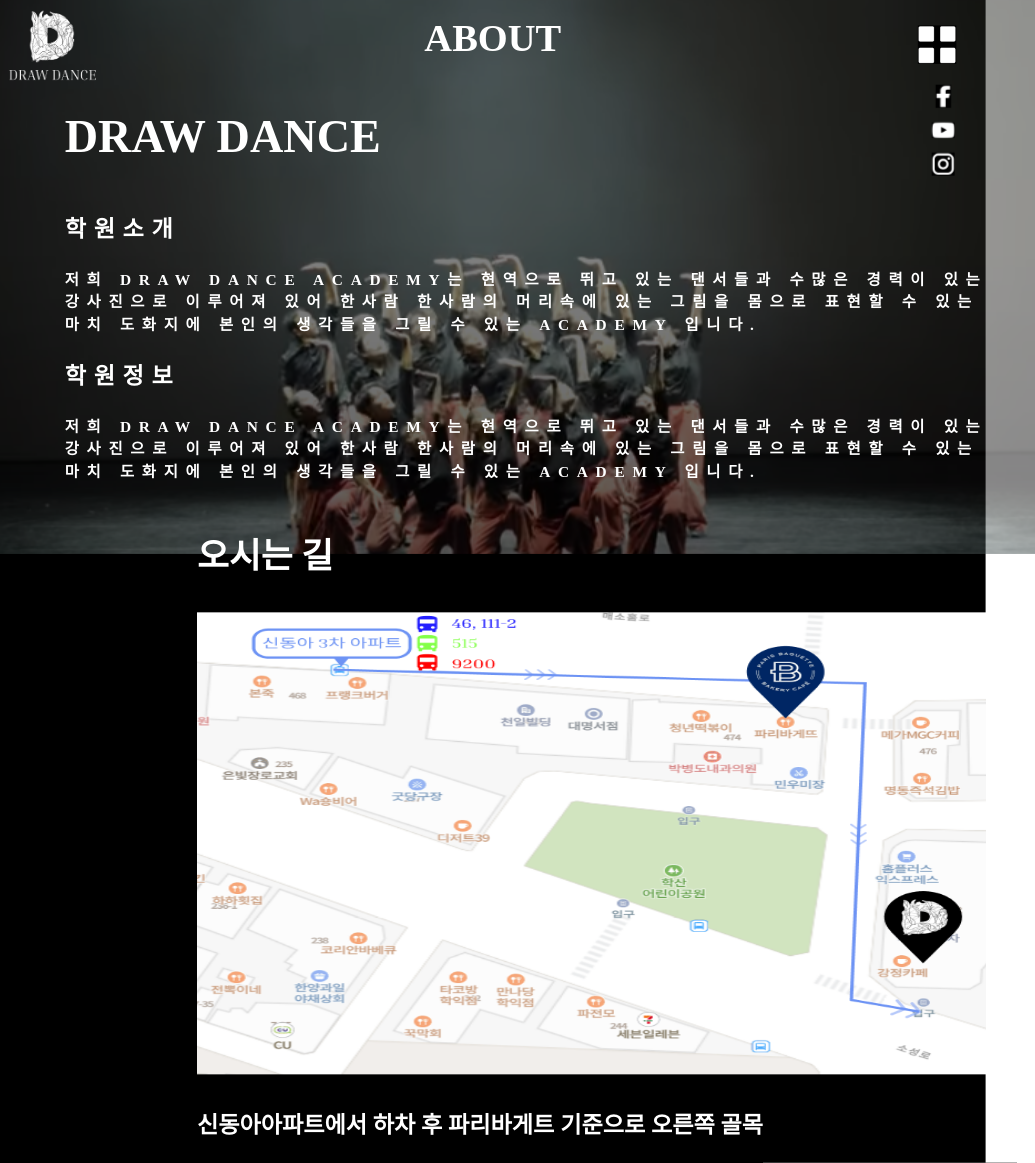
Repository: seonghun9906/semiProject
Page: http://localhost/drawAcademy/WEB-INF/views/headerMenu/about.jsp
The author's editor kept a copy of each file at every save. The page is drawn from the files as they stood at one save, then again after the next save.
The browser window is 1280 px wide. The page is 1344 px wide, so the pictures cover 1344 px, including what lies to the right of the window. The pictures show the whole page, at 77% of full size.
The page is served by Tomcat 9. Nobody is signed in. Other server files are loaded and not shown. The template is opened directly, without the code that normally fills it, so the values that code supplies are empty.

Above is the page before, as saved 2024-02-28 06:51:10.

### drawAcademy/src/main/webapp/WEB-INF/views/headerMenu/about.jsp
<%@ page language="java" contentType="text/html; charset=UTF-8"
   pageEncoding="UTF-8"%>
<%@ taglib uri="http://java.sun.com/jsp/jstl/core" prefix="c"%>
<!DOCTYPE html>
<html>
<head>
<meta charset="UTF-8">
<title>수강신청 사이트</title>
<link rel="stylesheet" href="resources/css/about.css">
<script src="https://code.jquery.com/jquery-3.7.1.min.js"
   integrity="sha256-/JqT3SQfawRcv/BIHPThkBvs0OEvtFFmqPF/lYI/Cxo="
   crossorigin="anonymous"></script>

</head>
<body>
   <div class="bodyMain">
   <img src="resources/images/demitasse project.PNG" class=demitasse>
      <div class="title">
         ABOUT
      </div>
      <div class="middle-part">
         <p>DRAW DANCE</p>
         <div class="low-part">
         <p>학원소개</p>
         </div>
         <div class="lowLow-part">
         <p>저희 DRAW DANCE ACADEMY는 현역으로 뛰고 있는 댄서들과 수많은 경력이 있는<br> 강사진으로
          이루어져 있어
         	한사람 한사람의 머리속에 있는 그림을 몸으로 표현할 수 있는<br> 마치 도화지에 본인의 생각들을 그릴 수 있는
         	ACADEMY 입니다.</p>
         </div>
         <div class="low-part">
         <p>학원정보</p>
         </div>
         <div class="lowLow-part">
         <p>저희 DRAW DANCE ACADEMY는 현역으로 뛰고 있는 댄서들과 수많은 경력이 있는<br> 강사진으로
          이루어져 있어
         	한사람 한사람의 머리속에 있는 그림을 몸으로 표현할 수 있는<br> 마치 도화지에 본인의 생각들을 그릴 수 있는
         	ACADEMY 입니다.</p>
         </div>
      </div>
       <!-- 오시는길  -->
      <div class="mapInfo">
      	<div class="mapInfoText">
      		<p>오시는 길</p>
      <img src="resources/images/Map.png" class="map">
      		<div class="mapInfoTextImport">
      		<p>신동아아파트에서 하차 후 파리바게트 기준으로 오른쪽 골목</p>
      		</div>
      	</div>
      </div>
      <!-- 오시는길  end-->
      </div>


      <div class="headerMenu">
         <button class="Home-btn" onclick="location.href='./'">
            <img src="resources/images/lg.png" class="logo">
         </button>
      </div>
      <div id="menu-container">
         <img src="resources/images/menu.png" id="menuButton">
         <div id="rectangle">
            <br> <br>
            <button class="Home-btn" onclick="location.href='./'">
               <p>HOME</p>
            </button>
            <br> <br> <br>
            <button class="ABOUT-btn" onclick="location.href='./about'">
               <p>ABOUT</p>
            </button>
            <br> <br> <br>
            <button class="INSTRUCTORS-btn"
               onclick="location.href='./instructors'">
               <p>INSTRUCTORS</p>
            </button>
            <br> <br> <br>
            <button class="CLASS-btn" onclick="location.href='./classpage'">
               <p>CLASS</p>
            </button>
             <br> <br> <br>
              <button class="CONTACT-btn" onclick="location.href='./qboard'">
               <p>FAQ</p>
            </button>
            <br> <br> <br> <br> <br> <br> <br>
            <div class="smallWord">
               <button id="loginBtn" class="LOGIN-btn"
                  onclick="location.href='./login'">
                  <small>LOGIN</small>
               </button>
               <form id="logoutForm" action="logout" method="get">
                  <button class="LOGIN-btn" onclick="location.href='./'">
                     <small>LOGOUT</small>
                  </button>
               </form>
               <button id="signupBtn" class="SIGNUP-btn"
                  onclick="location.href='./signUp'">
                  <small>SIGN UP</small>
               </button>
               <button id="myPage" class="MYPAGE-btn"
                  onclick="location.href='./mypage'">
                  <small>MY PAGE</small>
               </button>
            </div>
            <br> <br>
            <div id="icon-container2">
               <a href="https://www.facebook.com"> <img
                  src="resources/images/facebookIcon.png" class="facebook">
               </a> <a href="https://www.youtube.com"> <img
                  src="resources/images/youtubeIcon.png" class="youtube">
               </a> <a href="https://www.instagram.com"> <img
                  src="resources/images/instagramIcon.png" class="instagram">
               </a>
            </div>
         </div>
      </div>
      <div id="icon-container">
         <a href="https://www.facebook.com"> <img
            src="resources/images/facebookIcon.png" class="facebook">
         </a> <a href="https://www.youtube.com"> <img
            src="resources/images/youtubeIcon.png" class="youtube">
         </a> <a href="https://www.instagram.com"> <img
            src="resources/images/instagramIcon.png" class="instagram">
         </a>
      </div>



</body>
<script>
   var rectangle = document.getElementById('rectangle');
   var menuButton = document.getElementById('menuButton');
   var iconContainer = document.getElementById('icon-container');
   var isRectangleVisible = false; // rectangle의 초기 상태를 정의 - 첫 메뉴 클릭 때 실행되지 않는 현상 해결

   menuButton.addEventListener('click', function() {
      if (!isRectangleVisible) {
         rectangle.style.display = 'block';
         iconContainer.style.display = 'none'; //메뉴 창이 나오면서 iconcontainer 사라지기
         isRectangleVisible = true; // rectangle이 보이는 상태로 설정
      } else {
         rectangle.style.display = 'none';
         iconContainer.style.display = 'flex';
         isRectangleVisible = false; // rectangle이 숨겨진 상태로 설정
      }
   });
</script>
<script>

document.addEventListener("DOMContentLoaded", function() {
  var loginBtn = document.getElementById("loginBtn");
  var logoutForm = document.getElementById("logoutForm");
  var signupBtn = document.getElementById("signupBtn");
  var myPageBtn = document.getElementById("myPage");

  var loggedInMember = '<%=session.getAttribute("login")%>';

      console.log("세션에 저장된 값: " + loggedInMember);
      // 여기서 로그인 여부를 확인하고 그에 따라 버튼을 표시하거나 숨깁니다.
      var isLoggedIn = loggedInMember !== 'null' && loggedInMember !== '';

      if (isLoggedIn) {
         loginBtn.style.display = "none";
         logoutForm.style.display = "block";
         signupBtn.style.display = "none";
         myPageBtn.style.display = "block";
      } else {
         loginBtn.style.display = "block";
         logoutForm.style.display = "none";
         signupBtn.style.display = "block";
         myPageBtn.style.display = "none";
      }
   });
</script>
</html>

### drawAcademy/src/main/webapp/resources/css/about.css

.mapInfo{
	margin-top : 50%;
	margin-left : 20%;
	z-index: 9999;
	position: relative; /* fixed에서 relative로 변경 */
    overflow: auto; /* 필요에 따라 추가 */

}

.map{
	width: 1250px;
	height: 600px;

}
.mapInfoText{
	font-size: 45px;
	font-weight: bold;
	color : white;
}
.mapInfoText p {
	left : 30px;
}

.mapInfoTextImport{
	font-size: 30px;
	font-weight: bold;
	color : white;

}
.demitasse {
    position: fixed;
    top: -50%;
    left: 0;
    width: 115%;
    height: 150%;
    z-index: 9997;
    object-fit: cover;
    opacity: 0.5; /* 0부터 1까지의 값으로 투명도를 지정합니다. 0은 완전 투명, 1은 완전 불투명입니다. */
}


.bodyMain {
  position: absolute;
   background-color: #000000;
   top: 0;
   left: 0;
   right: 0;
   width: 100%;
   min-height: 100vh; /* 최소 높이를 화면 높이로 설정 */

}
.title {
   width: 100%; /* 컨테이너의 너비를 화면 전체로 설정 */
   position: absolute; /* 화면 아래에 고정시킵니다. */
   text-align: center; /* 내부 텍스트를 가운데 정렬합니다. */
   padding: 20px; /* 내부 여백 설정 (예시) */
   box-sizing: border-box; /* 패딩이 포함된 전체 너비/높이 계산 */
   color: #ffffff;
   font-size: 50px;
   font-weight: bold;
     z-index: 9999;
}

.middle-part {
   width: 100%; /* 컨테이너의 너비를 화면 전체로 설정 */
   position: absolute; /* 화면 아래에 고정시킵니다. */
   text-align: left; /* 내부 텍스트를 가운데 정렬합니다. */
   padding: 20px; /* 내부 여백 설정 (예시) */
   box-sizing: border-box; /* 패딩이 포함된 전체 너비/높이 계산 */
   color: #ffffff;
   font-size: 60px;
   font-weight: bold;
   margin: 5%;
     z-index: 9999;
}

.headerMenu .Home-btn {
   position: absolute;
   background: none;
   border: none;
   padding: 0;
   cursor: pointer;
   width: auto; /* 이미지 크기에 맞게 자동으로 조정됨 */
   z-index: 9999;
}

.headerMenu .logo {
   width: 120px; /* 이미지가 버튼 내에서 꽉 차도록 설정 */
   height: auto; /* 이미지의 가로 세로 비율을 유지하면서 버튼에 맞게 조정 */
}

.facebook {
   width: 20px;
   height: 30px;
   z-index: 9999;
}

.youtube {
   width: 30px;
   height: 20px;
   z-index: 9999;
}

.instagram {
   width: 30px;
   height: 30px;
   z-index: 9999;
}

#menu-container {
   position: relative;
   z-index: 9999;
}

#menuButton {
   cursor: pointer;
   position: absolute;
   top: 25px;
   right: 30px; /* 오른쪽으로 이동 */
   display: flex;
   width: 50px;
   height: 50px;
   z-index: 9999;
}

#icon-container {
   position: absolute;
   top: 110px;
   right: 40px;
   display: flex;
   flex-direction: column; /* 세로 방향으로 아이콘을 나열 */
   align-items: center; /* 아이콘을 수직 중앙으로 정렬 */
   gap: 15px; /* 아이콘 사이의 간격 설정 */
   z-index: 9998;
}

#rectangle {
   /* 처음엔 숨겨져 있음 */
   position: absolute;
   top: 110px; /* toggleButton 바로 아래 위치 */
   right: 30px; /* menuButton과 같게 */
   width: 10.5%;
   min-height: 200px;
   color: black;
   background-color: black;
   display: none;
   border: 2px solid white;
   background-color: black;
   z-index: 9999;
}

#rectangle button {
   cursor: pointer;
   background-color: black;
   border: none;
   padding: 0.5em 0.5em; /* 위아래 0.5em, 좌우 1em으로 설정하여 버튼 크기를 내용에 맞게 조정 */
   color: white;
   font-size: 23px;
   gap: 15px;
}

#rectangle p {
   color: white;
   text-align: left;
   font-size: 24px;
   text-decoration: underline; /* 밑줄 */
   margin: 0px;
}

.smallWord {
   color: white;
   margin: 10px;
}

#icon-container2 {
   position: relative;
   right: -30px;
   display: flex;
   margin-bottom: 30px;
   flex-direction: row; /* 가로 방향으로 아이콘을 나열 */
   align-items: center; /* 아이콘을 수직 중앙으로 정렬 */
   gap: 15px; /* 아이콘 사이의 간격 설정 */
   z-index: 9998;
}

.instructor-container {
   width: 100%;
   position: fixed;
   bottom: 0;
   padding: 20px;
   display: flex;
   justify-content: space-around;
   flex-direction: row;
   box-sizing: border-box;
}

.instructor-container img {
   width: 200px;
   height: 200px;
   }

  .low-part {
  	color : white;
  	letter-spacing : 10px;
  	 font-size: 30px;
  	   z-index: 9999;
  }

  .lowLow-part{
  	width : auto;
  	text-align: left;
  	color : white;
  	letter-spacing : 10px;
  	font-size: 20px;
  	  z-index: 9999;
  }

After the next save:
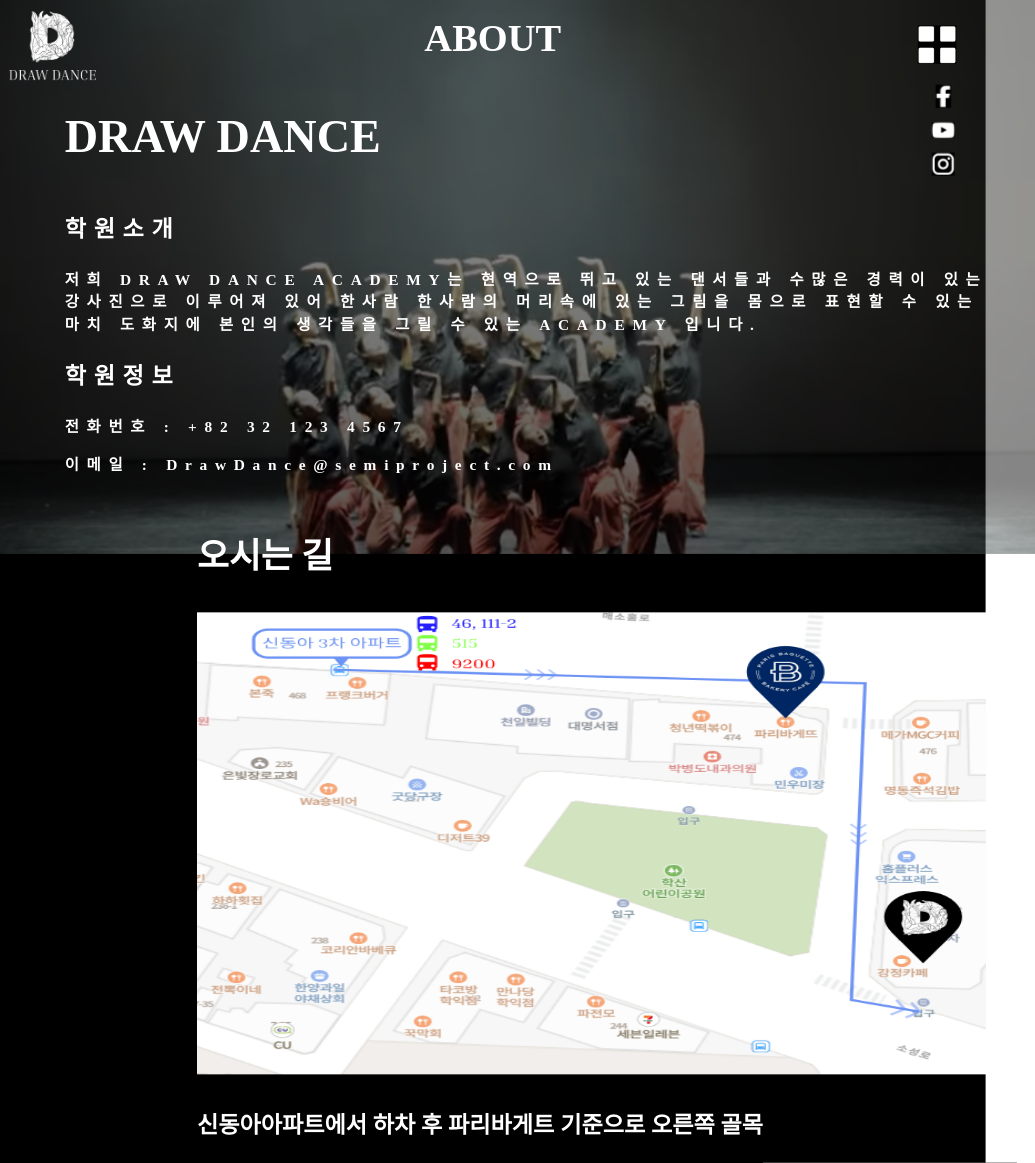
Saved 41 s later.
--- a/drawAcademy/src/main/webapp/WEB-INF/views/headerMenu/about.jsp
+++ b/drawAcademy/src/main/webapp/WEB-INF/views/headerMenu/about.jsp
@@ -33,10 +33,8 @@
          <p>학원정보</p>
          </div>
          <div class="lowLow-part">
-         <p>저희 DRAW DANCE ACADEMY는 현역으로 뛰고 있는 댄서들과 수많은 경력이 있는<br> 강사진으로
-          이루어져 있어
-         	한사람 한사람의 머리속에 있는 그림을 몸으로 표현할 수 있는<br> 마치 도화지에 본인의 생각들을 그릴 수 있는
-         	ACADEMY 입니다.</p>
+         <p>전화번호 : +82 32 123 4567</p>
+         <p>이메일 : DrawDance@semiproject.com</p>
          </div>
       </div>
        <!-- 오시는길  -->
